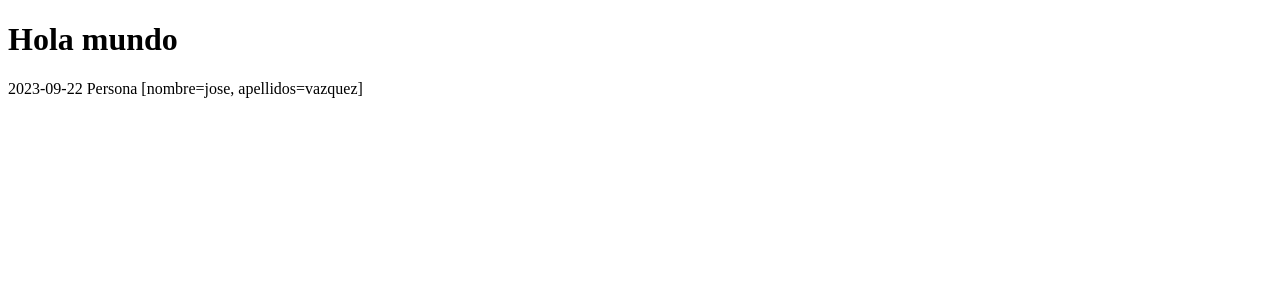
Repository: josevazquez99/DesarrolloWebEnEntornoServidor
Page: http://localhost/HolaMundo/primerJsp.jsp
The author's editor kept a copy of each file at every save. The page is drawn from the files as they stood at one save, then again after the next save.
The browser window is 1280 px wide. The pictures show the whole page.
The page is served by Tomcat 9.

Above is the page before, as saved 2023-09-28 08:29:24.

After the next save:
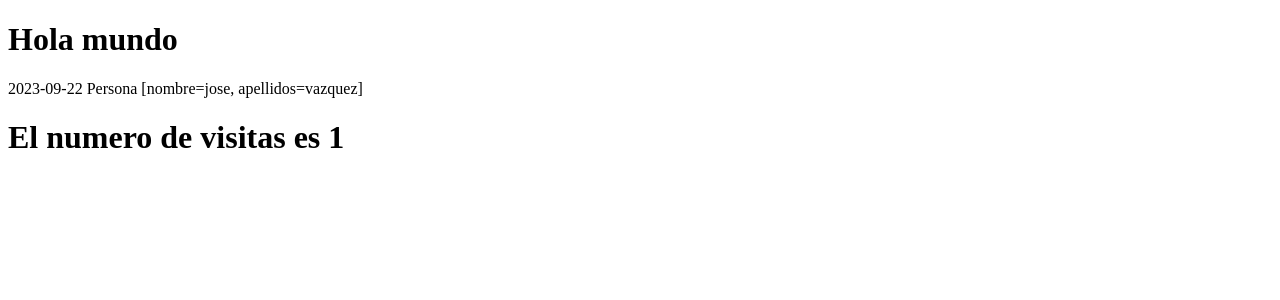
Saved 49 s later.
--- a/HolaMundo/src/main/webapp/primerJsp.jsp
+++ b/HolaMundo/src/main/webapp/primerJsp.jsp
@@ -18,6 +18,7 @@
 
 Persona p= new Persona("jose","vazquez");
 out.println(p.toString());
+out.println("<h1>El numero de visitas es " + ++numvisitas +"</h1>");
 
 %>
 </body>
